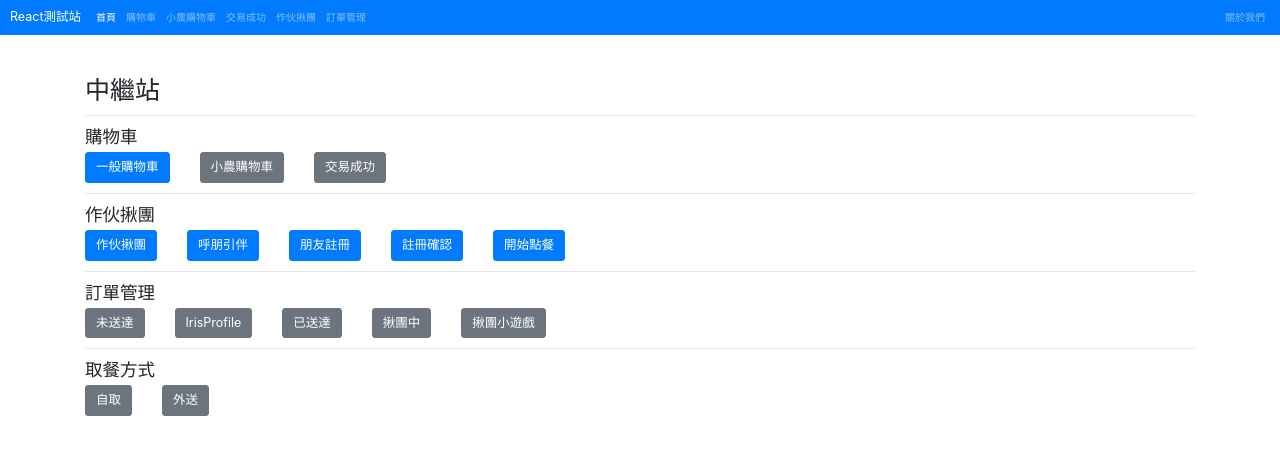
Repository: as2million/group_c
Page: /
The author's editor kept a copy of each file at every save. The page is drawn from the files as they stood at one save, then again after the next save.
The browser window is 1280 px wide. The pictures show the whole page.
The project was rebuilt for these pictures with package versions that can differ from the ones it lists, and the page was loaded fresh each time. Also part of the build but not shown: src/Cha/pages-demo/About.js, src/Cha/pages-demo/Product.js, src/Cha/pages-demo/Success.js, src/Cha/Components/Cha-Cart-ProgressBar/ChaCartProgressBar.scss, src/Cha/Components/Cha-Cart-ProgressBar/ChaCartProgressBar.js, src/Cha/Components/Cha-Cart-Submit-Card/ChaCartSubmitCard.scss, src/Cha/Components/Cha-Cart-Submit-Card/ChaCartSubmitCard.js, src/Share/Components/Counter/Counter.scss and 30 more.

Above is the page before, as saved 2020-10-29 09:31:47.

### public/index.html
<!DOCTYPE html>
<html lang="en">

<head>
  <meta charset="utf-8" />
  <link rel="icon" href="%PUBLIC_URL%/favicon.ico" />
  <meta name="viewport" content="width=device-width, initial-scale=1" />
  <meta name="theme-color" content="#000000" />
  <meta name="description" content="Web site created using create-react-app" />
  <link rel="apple-touch-icon" href="%PUBLIC_URL%/logo192.png" />
  <!--
      manifest.json provides metadata used when your web app is installed on a
      user's mobile device or desktop. See https://developers.google.com/web/fundamentals/web-app-manifest/
    -->
  <link rel="manifest" href="%PUBLIC_URL%/manifest.json" />
  <!--
      Notice the use of %PUBLIC_URL% in the tags above.
      It will be replaced with the URL of the `public` folder during the build.
      Only files inside the `public` folder can be referenced from the HTML.

      Unlike "/favicon.ico" or "favicon.ico", "%PUBLIC_URL%/favicon.ico" will
      work correctly both with client-side routing and a non-root public URL.
      Learn how to configure a non-root public URL by running `npm run build`.
    -->

  <!-- bootstrap -->
  <link rel="stylesheet" href="https://stackpath.bootstrapcdn.com/bootstrap/4.1.3/css/bootstrap.min.css"
    integrity="sha384-MCw98/SFnGE8fJT3GXwEOngsV7Zt27NXFoaoApmYm81iuXoPkFOJwJ8ERdknLPMO" crossorigin="anonymous">
  <title>React App</title>
</head>

<body>
  <noscript>You need to enable JavaScript to run this app.</noscript>
  <div id="root"></div>
  <!--
      This HTML file is a template.
      If you open it directly in the browser, you will see an empty page.

      You can add webfonts, meta tags, or analytics to this file.
      The build step will place the bundled scripts into the <body> tag.

      To begin the development, run `npm start` or `yarn start`.
      To create a production bundle, use `npm run build` or `yarn build`.
    -->
</body>

</html>

### src/index.js
import React from 'react';
import ReactDOM from 'react-dom';
import './index.scss';
// import JanAppTest from './JanAppTest';
import * as serviceWorker from './serviceWorker';
// import ClaudiaAppTest from './ClaudiaAppTest'
// import JessAppTest from './JessAppTest'
// import IrisAppTest from './IrisAppTest';
import ChaAppTest from './ChaAppTest';
// import RuAppTest from './RuAppTest';
ReactDOM.render(
  <React.StrictMode>
    {/* <ClaudiaAppTest /> */}
    {/* <JanAppTest /> */}
    {/* <JessAppTest /> */}
    {/* <IrisAppTest /> */}
    <ChaAppTest />
    {/* <RuAppTest /> */}
  </React.StrictMode>,
  document.getElementById('root')
);

// If you want your app to work offline and load faster, you can change
// unregister() to register() below. Note this comes with some pitfalls.
// Learn more about service workers: https://bit.ly/CRA-PWA
serviceWorker.unregister();

### src/index.scss
// @import "./Share/Components/NavBar/Navbar.scss";

@import '~bootstrap/scss/bootstrap.scss';

body {
  margin: 0;
  font-family: -apple-system, BlinkMacSystemFont, 'Segoe UI', 'Roboto', 'Oxygen',
    'Ubuntu', 'Cantarell', 'Fira Sans', 'Droid Sans', 'Helvetica Neue',
    sans-serif;
  -webkit-font-smoothing: antialiased;
  -moz-osx-font-smoothing: grayscale;
}

code {
  font-family: source-code-pro, Menlo, Monaco, Consolas, 'Courier New',
    monospace;
}

### src/ChaAppTest.js
import React, { useState, useEffect } from 'react';

// import MyNavbar from 'Cha/Components-demo/MyNavbar'
// import MainContent from 'Cha/Components-demo/MainContent'
import { BrowserRouter as Router, Route, Link, Switch } from 'react-router-dom';

import Home from 'Cha/pages-demo/Home';
import About from 'Cha/pages-demo/About';
import Product from 'Cha/pages-demo/Product';
import Success from 'Cha/pages-demo/Success';

// import ChaSwitchExample from 'Cha/Components-demo/Cha-Switch-Example/ChaSwitchExample';

import ChaCart from 'Cha/Pages/Cha-Cart/ChaCart';
import ChaGroupOrder from 'Cha/Pages/Cha-Group-Order/ChaGroupOrder';
import IrisProfilePageDemo from 'Cha/Pages/Iris-Profile-Page-Demo/IrisProfilePageDemo';

import ChaOrderManagement from 'Cha/Components/Cha-Order-Management/ChaOrderManagement';

function ChaAppTest() {
  return (
    <Router>
      <>
        <Switch>
          <Route exact path="/">
            <Home />
          </Route>
          <Route path="/cart">
            <ChaCart />
          </Route>
          <Route path="/groupOrder">
            <ChaGroupOrder />
          </Route>
          <Route path="/orderManagement">
            <ChaOrderManagement />
          </Route>
          <Route path="/irisProfilePageDemo">
            <IrisProfilePageDemo />
          </Route>
          {/* <Route path="/chaSwitchExample">
            <ChaSwitchExample />
          </Route> */}
        </Switch>
      </>
    </Router>
  );
}

export default ChaAppTest;

### src/Cha/pages-demo/Home.js
import React, { useState, useEffect } from 'react';
import { Link, Switch } from 'react-router-dom';

import MyNavbar from 'Cha/Components-demo/MyNavbar';

function Home(props) {
  return (
    <>
      <MyNavbar />
      <div className="container">
        <br />
        <br />
        <br />
        <br />
        <br />
        <h1>中繼站</h1>
        <hr />
        <h3>購物車</h3>
        <Link to="/cart">
          <button type="button" class="btn btn-primary btn-lg mr-5">
            一般購物車
          </button>
        </Link>
        <Link to="/">
          <button type="button" class="btn btn-secondary btn-lg mr-5">
            小農購物車
          </button>
        </Link>
        <Link to="/">
          <button type="button" class="btn btn-secondary btn-lg mr-5">
            交易成功
          </button>
        </Link>
        <hr />
        <h3>作伙揪團</h3>
        <Link to="/groupOrder/groupOrderCreate">
          <button type="button" class="btn btn-primary btn-lg mr-5">
            作伙揪團
          </button>
        </Link>
        <Link to="/groupOrder/groupOrderSearch">
          <button type="button" class="btn btn-primary btn-lg mr-5">
            呼朋引伴
          </button>
        </Link>
        <Link to="/groupOrder/groupOrderSignIn">
          <button type="button" class="btn btn-primary btn-lg mr-5">
            朋友註冊
          </button>
        </Link>
        <Link to="/groupOrder/groupOrderConfirm">
          <button type="button" class="btn btn-primary btn-lg mr-5">
            註冊確認
          </button>
        </Link>
        <Link to="/groupOrder/groupOrderMenu">
          <button type="button" class="btn btn-primary btn-lg mr-5">
            開始點餐
          </button>
        </Link>
        <hr />
        <h3>訂單管理</h3>
        <Link to="/orderManagement">
          <button
            type="button"
            class="btn btn-secondary
           btn-lg mr-5"
          >
            未送達
          </button>
        </Link>
        <Link to="/irisProfilePageDemo">
          <button
            type="button"
            class="btn btn-secondary
           btn-lg mr-5"
          >
            IrisProfile
          </button>
        </Link>
        <Link to="/">
          <button
            type="button"
            class="btn btn-secondary
           btn-lg mr-5"
          >
            已送達
          </button>
        </Link>
        <Link to="/">
          <button
            type="button"
            class="btn btn-secondary
           btn-lg mr-5"
          >
            揪團中
          </button>
        </Link>
        <Link to="/">
          <button
            type="button"
            class="btn btn-secondary
           btn-lg mr-5"
          >
            揪團小遊戲
          </button>
        </Link>
        <hr />
        <h3>取餐方式</h3>
        <Link to="/">
          <button
            type="button"
            class="btn btn-secondary
           btn-lg mr-5"
          >
            自取
          </button>
        </Link>
        <Link to="/">
          <button
            type="button"
            class="btn btn-secondary
           btn-lg mr-5"
          >
            外送
          </button>
        </Link>
      </div>
    </>
  );
}
export default Home;

### src/Cha/Components-demo/MyNavbar.js
import React, { useState, useEffect } from 'react';
import {
  Navbar,
  Nav,
  Form,
  FormControl,
  Button,
  NavDropdown,
} from 'react-bootstrap';

// 選單連結要使用NavLink取代Link
import { NavLink } from 'react-router-dom';

function MyNavbar(props) {
  return (
    <>
      <Navbar
        collapseOnSelect
        expand="lg"
        bg="primary"
        variant="dark"
        fixed="top"
      >
        <Navbar.Brand href="#home">React測試站</Navbar.Brand>
        <Navbar.Toggle aria-controls="responsive-navbar-nav" />
        <Navbar.Collapse id="responsive-navbar-nav">
          <Nav className="mr-auto">
            {/* 把Nav.Link作為NavLink來使用 */}
            {/* 一定要加上exact，不然首頁會一直點亮(active) */}
            <Nav.Link as={NavLink} to="/" exact>
              首頁
            </Nav.Link>
            <Nav.Link as={NavLink} to="/cart">
              購物車
            </Nav.Link>
            <Nav.Link as={NavLink} to="/cha_farmer_cart">
              小農購物車
            </Nav.Link>
            <Nav.Link as={NavLink} to="/cha_cart_order_success">
              交易成功
            </Nav.Link>
            <Nav.Link as={NavLink} to="/groupOrder">
              作伙揪團
            </Nav.Link>
            <Nav.Link as={NavLink} to="/order_management">
              訂單管理
            </Nav.Link>
          </Nav>
          <Nav>
            <Nav.Link as={NavLink} to="/about">
              關於我們
            </Nav.Link>
          </Nav>
        </Navbar.Collapse>
      </Navbar>
    </>
  );
}

export default MyNavbar;

### src/Cha/Pages/Cha-Cart/ChaCart.scss
html {
  font-size: 10px;
}

.cha-wrap {
  display: flex;
  justify-content: center;
  margin-top: 0rem;
  padding-top: 8.5rem;
  background-color: #f7ede2;
}
// 我自己的共用屬性
// .step-header {
//   font-size: 2.4rem;
//   border-bottom: .1rem solid #8585853a;
//   padding-top: 1.5rem;
//   padding-bottom: 1.5rem;
//   margin-top: 1.5rem;
//   margin-bottom: 1.5rem;
// }

// .step-check-btn {
//   height: 4.5rem;
//   width: 17.0rem;
//   border-radius: 5.0rem;
//   background-color: #fff;
//   border: solid .1rem #e0611e;
//   outline: none;
//   color: #e0611e;
//   font-size: 1.8rem;
//   &:hover {
//     background-color: #e0611e;
//     color: #fff;
//   }
// }
// .step-check-btn-div {
//   display: flex;
//   justify-content: flex-end;
//   margin-top: 2.0rem;
//   margin-bottom: 4.0rem;
// }

// .horizontal-line {
//   border-bottom: .1rem solid #8585853a;
// }

Loaded but not shown: src/serviceWorker.js (common file)

After the next save:
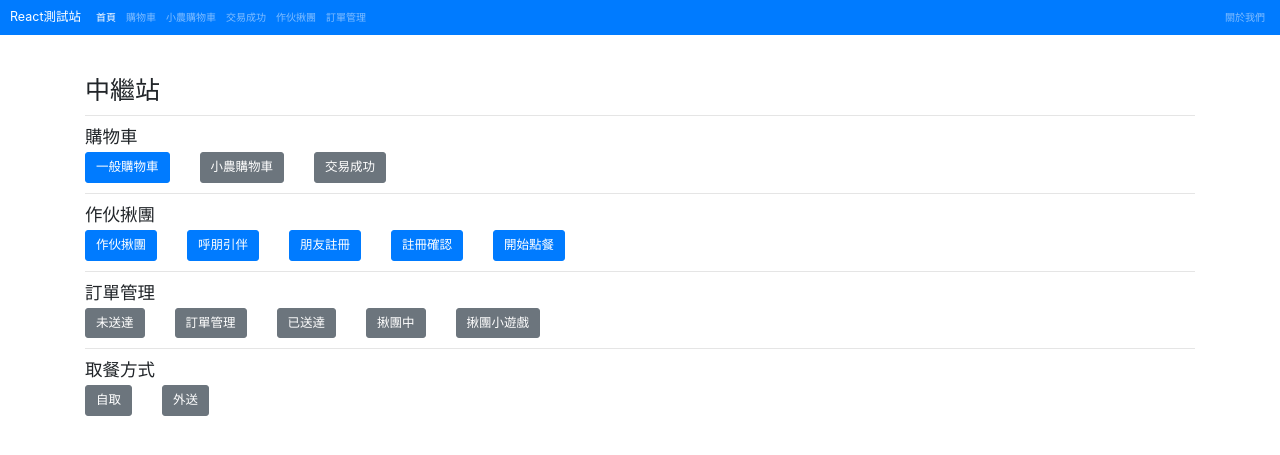
Saved 11 s later.
--- a/src/Cha/pages-demo/Home.js
+++ b/src/Cha/pages-demo/Home.js
@@ -75,7 +75,7 @@ function Home(props) {
             class="btn btn-secondary
            btn-lg mr-5"
           >
-            IrisProfile
+            訂單管理
           </button>
         </Link>
         <Link to="/">
